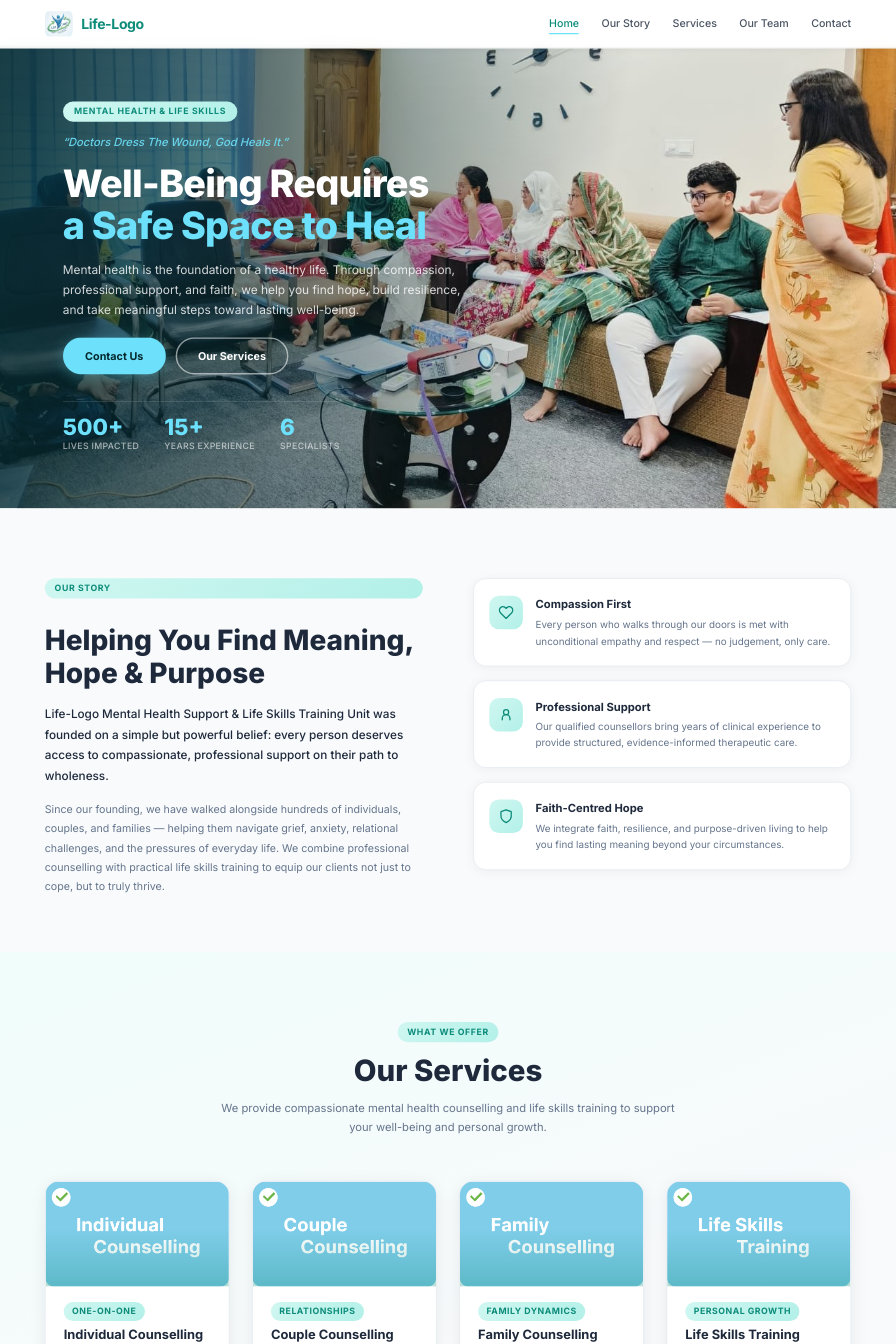
Repository: Tan47s/Lifelogo
Page: /
The author's editor kept a copy of each file at every save. The page is drawn from the files as they stood at one save, then again after the next save.
The browser window is 1280 px wide. The pictures show the part of the page from y = 0 to 1920 px (the page is 5558 px tall), at 70% of full size.
The project was rebuilt for these pictures with package versions that can differ from the ones it lists, and the page was loaded fresh each time. Also part of the build but not shown: vite.config.js.

Above is the page before, as saved 2026-08-24 11:04:55.

### index.html
<!doctype html>
<html lang="en">
  <head>
    <meta charset="UTF-8" />
    <link rel="icon" type="image/svg+xml" href="/favicon.svg" />
    <meta name="viewport" content="width=device-width, initial-scale=1.0" />
    <title>Life-Logo | Mental Health Counselling &amp; Life Skills</title>
    <meta name="description" content="Life-Logo Mental Health Support &amp; Life Skills Training Unit — professional counselling, resilience coaching, and compassionate support to help you find meaning, hope, and purpose." />
    <meta property="og:title" content="Life-Logo | Mental Health Counselling &amp; Life Skills" />
    <meta property="og:description" content="Professional counselling and life skills training to support your well-being and personal growth." />
    <meta property="og:type" content="website" />
  </head>
  <body>
    <div id="root"></div>
    <script type="module" src="/src/main.jsx"></script>
  </body>
</html>

### src/main.jsx
import { StrictMode } from 'react'
import { createRoot } from 'react-dom/client'

import { App } from './App.jsx'


createRoot(document.getElementById('root')).render(
  <StrictMode>
    <App />
  </StrictMode>,
)

### src/App.jsx
import React from 'react'
import { Header } from './comp/Header'
import { Herocon } from './comp/Herocon'
import { Contents2 } from './comp/Contents2'
import { Service2 } from './comp/Service2'
import { Counsellors } from './comp/Counsellors'
import { Contact } from './comp/Contact'
import { Footer } from './comp/Footer'

export const App = () => {
  return (
    <div>
      <Header />

      {/* Hero — id: home (owned by Herocon's <section>) */}
      <Herocon />

      {/* Our Story — id: story (owned by Contents2's <section>) */}
      <Contents2 />

      {/* Services — id: services (declared inside Service2's <section>) */}
      <Service2 />

      {/* Our Team — id: team */}
      <Counsellors />

      {/* Contact — id: contact */}
      <Contact />

      {/* Footer */}
      <Footer />
    </div>
  )
}

### src/comp/Herocon.jsx
import './herocon.css'
import Hero from '../assets/hero3.jpg'
import bg from '../assets/workshop/bg.jpeg'
const stats = [
  { value: '500+', label: 'Lives Impacted' },
  { value: '15+', label: 'Years Experience' },
  { value: '6',   label: 'Specialists' },
]

export const Herocon = () => {
  const scrollTo = (id) => {
    const el = document.getElementById(id)
    if (el) el.scrollIntoView({ behavior: 'smooth' })
  }

  return (
    <section
      id="home"
      className="hero-section"
      style={{ backgroundImage: `url(${bg})` }}
    >
      {/* layered overlay */}
      <div className="hero-overlay" />

      <div className="hero-content">
        {/* eyebrow badge */}
        <span className="hero-badge">Mental Health &amp; Life Skills</span>

        {/* quote */}
        <p className="hero-quote">
          &ldquo;Doctors Dress The Wound, God Heals It.&rdquo;
        </p>

        {/* headline */}
        <h1 className="hero-headline">
          Well-Being Requires<br />
          <span className="hero-headline-accent">a Safe Space to Heal</span>
        </h1>

        {/* sub-text */}
        <p className="hero-sub">
          Mental health is the foundation of a healthy life. Through compassion,
          professional support, and faith, we help you find hope, build
          resilience, and take meaningful steps toward lasting well-being.
        </p>

        {/* CTAs */}
        <div className="hero-ctas">
          <button
            id="hero-contact-btn"
            className="hero-btn hero-btn--primary"
            onClick={() => scrollTo('contact')}
          >
            Contact Us
          </button>
          <button
            id="hero-services-btn"
            className="hero-btn hero-btn--ghost"
            onClick={() => scrollTo('services')}
          >
            Our Services
          </button>
        </div>

        {/* Stats strip */}
        <div className="hero-stats">
          {stats.map((s, i) => (
            <div className="hero-stat" key={i}>
              <span className="hero-stat-value">{s.value}</span>
              <span className="hero-stat-label">{s.label}</span>
            </div>
          ))}
        </div>
      </div>
    </section>
  )
}

### src/comp/Service2.jsx
import React from 'react'
import ser1 from '../assets/ser1.png'
import ser2 from '../assets/ser2.png'
import ser3 from '../assets/ser3.png'
import ser4 from '../assets/ser4.png'
import './Service2.css'

const services = [
  {
    img: ser1,
    title: 'Individual Counselling',
    tag: 'One-on-One',
    desc: 'A private, confidential space where you can explore personal challenges, process emotions, and develop healthier coping strategies with the guidance of a qualified counsellor.',
  },
  {
    img: ser2,
    title: 'Couple Counselling',
    tag: 'Relationships',
    desc: 'Helping couples navigate conflict, rebuild trust, and strengthen communication so they can grow together in a healthy, supportive partnership.',
  },
  {
    img: ser3,
    title: 'Family Counselling',
    tag: 'Family Dynamics',
    desc: 'We work with families to address relational tensions, improve understanding, and foster a home environment rooted in compassion and mutual respect.',
  },
  {
    img: ser4,
    title: 'Life Skills Training',
    tag: 'Personal Growth',
    desc: 'Practical workshops and coaching sessions that equip you with tools for resilience, emotional regulation, goal-setting, and purposeful living.',
  },
]

export const Service2 = () => {
  return (
    <section id="services" className="services-section">
      {/* Section Header */}
      <div className="services-header">
        <span className="section-badge">What We Offer</span>
        <h2>Our Services</h2>
        <p className="services-subtitle">
          We provide compassionate mental health counselling and life skills
          training to support your well-being and personal growth.
        </p>
      </div>

      {/* Cards Grid */}
      <div className="services-grid">
        {services.map((s, i) => (
          <div className="service-card" key={i}>
            <div className="service-img-wrap">
              <img src={s.img} alt={s.title} className="service-img" />
              <div className="service-img-overlay" />
            </div>
            <div className="service-info">
              <span className="service-tag">{s.tag}</span>
              <h3>{s.title}</h3>
              <p>{s.desc}</p>
            </div>
          </div>
        ))}
      </div>
    </section>
  )
}

### src/comp/Footer.jsx
import React from 'react'
import './Footer.css'
import logo from '../assets/logo.png'

export const Footer = () => {
  const year = new Date().getFullYear()

  const scrollTo = (id) => {
    const el = document.getElementById(id)
    if (el) el.scrollIntoView({ behavior: 'smooth' })
  }

  return (
    <footer className="footer">
      <div className="footer-inner">

        {/* Brand Column */}
        <div className="footer-brand">
          <div className="footer-logo-row">
            <img src={logo} alt="Life-Logo" className="footer-logo" />
            <span className="footer-name">Life-Logo</span>
          </div>
          <p className="footer-tagline">
            Mental Health Support &amp; Life Skills Training Unit — helping
            people discover meaning, hope, and purpose.
          </p>
        </div>

        {/* Quick Links */}
        <div className="footer-col">
          <h4>Quick Links</h4>
          <ul>
            {[
              { label: 'Home',        id: 'home' },
              { label: 'Our Story',   id: 'story' },
              { label: 'Services',    id: 'services' },
              { label: 'Our Team',    id: 'team' },
              { label: 'Contact',     id: 'contact' },
            ].map((l) => (
              <li key={l.id}>
                <button onClick={() => scrollTo(l.id)} className="footer-link">
                  {l.label}
                </button>
              </li>
            ))}
          </ul>
        </div>

        {/* Contact Column */}
        <div className="footer-col">
          <h4>Contact</h4>
          <ul className="footer-contact-list">
            <li>
              <span className="fc-icon">📍</span>
              House-19, Road-14, Sector-13, Uttara, Dhaka-1230, Bangladesh.
            </li>
            <li>
              <span className="fc-icon">📞</span>
              <a href="tel:+8801616190907">+8801616190907</a>
            </li>
            <li>
              <span className="fc-icon">✉️</span>
              <a href="mailto:lifelogo111@gmail.com">lifelogo111@gmail.com</a>
            </li>
            <li>
              <span className="fc-icon">💬</span>
              <a href="https://wa.me/233244567890" target="_blank" rel="noopener noreferrer">
                WhatsApp Us
              </a>
            </li>
          </ul>
        </div>

      </div>

      {/* Bottom Bar */}
      <div className="footer-bottom">
        <p>&copy; {year} Life-Logo Mental Health &amp; Life Skills. All rights reserved.</p>
        <p className="footer-note">Built with compassion 💚</p>
      </div>
    </footer>
  )
}

### src/Index.css

@import url('https://fonts.googleapis.com/css2?family=Inter:wght@100..900&display=swap');

:root {
  /* Brand */
  --primary: #6de1fb;        /* Teal from header */
  --primary-light: #02ff78;


  /* Logo greens */
  --green: #22C55E;
  --green-light: #DCFCE7;

  /* Blue accent */
  --blue: #38BDF8;
  --blue-light: #E0F2FE;

  /* Backgrounds */
  --background: #F8FAFC;
  --surface: #FFFFFF;

  /* Text */
  --text: #1E293B;
  --text-muted: #64748B;

  /* Borders */
  --border: #E2E8F0;
}

* {
  margin: 0;
  padding: 0;
  box-sizing: border-box;
  font-family: "Inter", sans-serif;
}

h1{
    font-weight: 800;
}

p{
    font-weight: 400;
}

### src/comp/Contents2.css
/* ============================================================
   OUR STORY SECTION
   ============================================================ */

.story-section {
  padding: 100px 5% 80px;
  background: var(--background);   /* #F8FAFC — same as Counsellors */
}

/* ---- Two-column inner wrapper ---- */
.story-inner {
  display: grid;
  grid-template-columns: 1fr 1fr;
  gap: 72px;
  max-width: 1200px;
  margin: 0 auto;
  align-items: start;
}

/* ========== LEFT: text column ========== */
.story-text {
  display: flex;
  flex-direction: column;
  gap: 20px;
}

.story-text h2 {
  font-size: clamp(26px, 3.5vw, 40px);
  font-weight: 800;
  color: var(--text);
  line-height: 1.18;
  margin: 0;
}

.story-lead {
  font-size: 1.05rem;
  color: var(--text);
  font-weight: 500;
  line-height: 1.75;
  margin: 0;
}

.story-body {
  font-size: 0.95rem;
  color: var(--text-muted);
  line-height: 1.8;
  margin: 0;
}

/* ========== RIGHT: pillars column ========== */
.story-pillars {
  display: flex;
  flex-direction: column;
  gap: 20px;
}

/* ---- Single pillar card ---- */
.story-pillar {
  display: flex;
  align-items: flex-start;
  gap: 18px;
  background: var(--surface);
  border: 1px solid var(--border);
  border-radius: 18px;
  padding: 24px 22px;
  box-shadow: 0 2px 16px rgba(0, 0, 0, 0.05);
  transition: transform 0.25s ease, box-shadow 0.25s ease;
}

.story-pillar:hover {
  transform: translateY(-4px);
  box-shadow: 0 8px 32px rgba(109, 225, 251, 0.18);
}

/* ---- Icon bubble ---- */
.pillar-icon {
  flex-shrink: 0;
  width: 48px;
  height: 48px;
  border-radius: 14px;
  background: linear-gradient(135deg, #d0f7f1, #b2f0e8);
  display: flex;
  align-items: center;
  justify-content: center;
  color: #0d8c7a;
}

.pillar-icon svg {
  width: 22px;
  height: 22px;
}

/* ---- Pillar text ---- */
.pillar-body {
  display: flex;
  flex-direction: column;
  gap: 5px;
}

.pillar-body h4 {
  font-size: 1rem;
  font-weight: 700;
  color: var(--text);
  margin: 0;
}

.pillar-body p {
  font-size: 0.88rem;
  color: var(--text-muted);
  line-height: 1.65;
  margin: 0;
}

/* ---- Responsive ---- */
@media (max-width: 860px) {
  .story-inner {
    grid-template-columns: 1fr;
    gap: 48px;
  }
}

@media (max-width: 640px) {
  .story-section {
    padding: 70px 5% 60px;
  }
}

### src/comp/Service2.css
/* ============================================================
   SERVICES SECTION  —  mirrors Counsellors card style
   ============================================================ */

.services-section {
  padding: 100px 5% 80px;
  background: linear-gradient(160deg, #f0fdfb 0%, #f8fafc 60%);
}

/* --- Header --- */
.services-header {
  text-align: center;
  max-width: 660px;
  margin: 0 auto 64px;
}

.services-header h2 {
  font-size: clamp(28px, 4vw, 42px);
  font-weight: 800;
  color: var(--text);
  margin-bottom: 16px;
  line-height: 1.15;
}

.services-subtitle {
  font-size: 1rem;
  color: var(--text-muted);
  line-height: 1.7;
}

/* --- Grid --- */
.services-grid {
  display: grid;
  grid-template-columns: repeat(auto-fit, minmax(260px, 1fr));
  gap: 32px;
  max-width: 1200px;
  margin: 0 auto;
}

/* --- Card --- */
.service-card {
  background: var(--surface);
  border-radius: 20px;
  overflow: hidden;
  box-shadow: 0 4px 24px rgba(0, 0, 0, 0.07);
  border: 1px solid var(--border);
  transition: transform 0.3s ease, box-shadow 0.3s ease;
}

.service-card:hover {
  transform: translateY(-8px);
  box-shadow: 0 12px 40px rgba(109, 225, 251, 0.25);
}

/* --- Image wrapper --- */
.service-img-wrap {
  position: relative;
  width: 100%;
  height: 150px;
  overflow: hidden;
}

.service-img {
  width: 100%;
  height: 100%;
  object-fit: cover;
  object-position: center;
  transition: transform 0.4s ease;
}

.service-card:hover .service-img {
  transform: scale(1.05);
}

.service-img-overlay {
  position: absolute;
  inset: 0;
  background: linear-gradient(to top, rgba(13, 140, 122, 0.3) 0%, transparent 55%);
  pointer-events: none;
}

/* --- Info block --- */
.service-info {
  padding: 22px 26px 28px;
  display: flex;
  flex-direction: column;
  gap: 8px;
}

.service-tag {
  display: inline-block;
  background: linear-gradient(135deg, #d0f7f1, #b2f0e8);
  color: #0d8c7a;
  font-size: 0.78rem;
  font-weight: 700;
  letter-spacing: 0.06em;
  text-transform: uppercase;
  padding: 4px 12px;
  border-radius: 999px;
  align-self: flex-start;
}

.service-info h3 {
  font-size: 1.15rem;
  font-weight: 700;
  color: var(--text);
  margin: 0;
  line-height: 1.3;
}

.service-info p {
  font-size: 0.9rem;
  color: var(--text-muted);
  line-height: 1.75;
  margin: 0;
}

/* --- Responsive --- */
@media (max-width: 640px) {
  .services-section {
    padding: 70px 5% 60px;
  }

  .services-grid {
    grid-template-columns: 1fr;
  }
}

### src/comp/Counsellors.css
/* ============================================================
   COUNSELLORS SECTION
   ============================================================ */

.counsellors-section {
  padding: 100px 5% 80px;
  background: var(--background);
}

/* --- Header --- */
.counsellors-header {
  text-align: center;
  max-width: 660px;
  margin: 0 auto 64px;
}

.counsellors-header h2 {
  font-size: clamp(28px, 4vw, 42px);
  font-weight: 800;
  color: var(--text);
  margin-bottom: 16px;
  line-height: 1.15;
}

.counsellors-subtitle {
  font-size: 1rem;
  color: var(--text-muted);
  line-height: 1.7;
}

/* --- Badge --- */
.section-badge {
  display: inline-block;
  background: linear-gradient(135deg, #d0f7f1, #b2f0e8);
  color: #0d8c7a;
  font-size: 0.78rem;
  font-weight: 700;
  letter-spacing: 0.07em;
  text-transform: uppercase;
  padding: 5px 14px;
  border-radius: 999px;
  margin-bottom: 16px;
}

/* --- Grid --- */
.counsellors-grid {
  display: grid;
  grid-template-columns: repeat(3, 1fr);
  gap: 36px;
  max-width: 1200px;
  margin: 0 auto;
}

@media (max-width: 960px) {
  .counsellors-grid {
    grid-template-columns: repeat(2, 1fr);
  }
}

/* --- Card --- */
.counsellor-card {
  background: var(--surface);
  border-radius: 20px;
  overflow: hidden;
  box-shadow: 0 4px 24px rgba(0, 0, 0, 0.07);
  transition: transform 0.3s ease, box-shadow 0.3s ease;
  border: 1px solid var(--border);
}

.counsellor-card:hover {
  transform: translateY(-8px);
  box-shadow: 0 12px 40px rgba(109, 225, 251, 0.25);
}

/* --- Image wrapper --- */
.counsellor-img-wrap {
  position: relative;
  width: 100%;
  height: 280px;
  overflow: hidden;
}

.counsellor-img {
  width: 100%;
  height: 100%;
  object-fit: cover;
  object-position: top center;
  transition: transform 0.4s ease;
}

.counsellor-card:hover .counsellor-img {
  transform: scale(1.04);
}

.counsellor-img-overlay {
  position: absolute;
  inset: 0;
  background: linear-gradient(to top, rgba(13, 140, 122, 0.35) 0%, transparent 60%);
  pointer-events: none;
}

/* --- Info block --- */
.counsellor-info {
  padding: 24px 28px 30px;
}

.counsellor-info h3 {
  font-size: 1.2rem;
  font-weight: 700;
  color: var(--text);
  margin-bottom: 4px;
}

.counsellor-role {
  display: inline-block;
  font-size: 0.82rem;
  font-weight: 600;
  color: #0d8c7a;
  background: linear-gradient(135deg, #d0f7f1, #b2f0e8);
  padding: 3px 10px;
  border-radius: 999px;
  margin-bottom: 14px;
  letter-spacing: 0.02em;
}

.counsellor-info p {
  font-size: 0.9rem;
  color: var(--text-muted);
  line-height: 1.75;
}

/* --- Responsive --- */
@media (max-width: 640px) {
  .counsellors-section {
    padding: 70px 5% 60px;
  }

  .counsellors-grid {
    grid-template-columns: 1fr;
  }
}

### src/comp/Footer.css
/* ============================================================
   FOOTER
   ============================================================ */

.footer {
  background: linear-gradient(135deg, #0f2027, #203a43, #2c5364);
  color: rgba(255, 255, 255, 0.85);
  padding-top: 64px;
}

.footer-inner {
  max-width: 1100px;
  margin: 0 auto;
  padding: 0 5% 48px;
  display: grid;
  grid-template-columns: 1.6fr 1fr 1.2fr;
  gap: 48px;
}

/* --- Brand Column --- */
.footer-brand {}

.footer-logo-row {
  display: flex;
  align-items: center;
  gap: 12px;
  margin-bottom: 16px;
}

.footer-logo {
  width: 44px;
  height: 44px;
  object-fit: contain;
  border-radius: 10px;
  background: white;
  padding: 3px;
}

.footer-name {
  font-size: 1.3rem;
  font-weight: 800;
  color: var(--primary);
  letter-spacing: -0.02em;
}

.footer-tagline {
  font-size: 0.9rem;
  line-height: 1.7;
  color: rgba(255, 255, 255, 0.6);
  max-width: 300px;
}

/* --- Columns --- */
.footer-col h4 {
  font-size: 0.8rem;
  font-weight: 700;
  letter-spacing: 0.1em;
  text-transform: uppercase;
  color: var(--primary);
  margin-bottom: 18px;
}

.footer-col ul {
  list-style: none;
  padding: 0;
  margin: 0;
  display: flex;
  flex-direction: column;
  gap: 10px;
}

/* Quick links */
.footer-link {
  background: none;
  border: none;
  padding: 0;
  cursor: pointer;
  font-size: 0.9rem;
  color: rgba(255, 255, 255, 0.7);
  text-align: left;
  transition: color 0.2s ease;
  font-family: inherit;
}

.footer-link:hover {
  color: var(--primary);
}

/* Contact list */
.footer-contact-list li {
  display: flex;
  align-items: flex-start;
  gap: 10px;
  font-size: 0.88rem;
  color: rgba(255, 255, 255, 0.7);
  line-height: 1.55;
}

.footer-contact-list a {
  color: rgba(255, 255, 255, 0.7);
  text-decoration: none;
  transition: color 0.2s ease;
}

.footer-contact-list a:hover {
  color: var(--primary);
}

.fc-icon {
  flex-shrink: 0;
  font-size: 1rem;
  margin-top: 1px;
}

/* --- Bottom Bar --- */
.footer-bottom {
  border-top: 1px solid rgba(255, 255, 255, 0.1);
  padding: 20px 5%;
  display: flex;
  align-items: center;
  justify-content: space-between;
  max-width: 100%;
}

.footer-bottom p {
  font-size: 0.82rem;
  color: rgba(255, 255, 255, 0.45);
  margin: 0;
}

.footer-note {
  font-size: 0.82rem;
  color: rgba(255, 255, 255, 0.45);
}

/* --- Responsive --- */
@media (max-width: 860px) {
  .footer-inner {
    grid-template-columns: 1fr 1fr;
  }
  .footer-brand {
    grid-column: span 2;
  }
}

@media (max-width: 540px) {
  .footer-inner {
    grid-template-columns: 1fr;
  }
  .footer-brand {
    grid-column: span 1;
  }
  .footer-bottom {
    flex-direction: column;
    gap: 6px;
    text-align: center;
  }
}

Loaded but not shown: src/comp/Contact.jsx (114 lines, source omitted); src/comp/Counsellors.jsx (101 lines, source omitted); src/App.css (221 lines, source omitted); src/comp/herocon.css (189 lines, source omitted); src/comp/Contact.css (202 lines, source omitted); src/comp/Header.jsx (102 lines, source omitted); src/comp/Contents2.jsx (74 lines, source omitted)

After the next save:
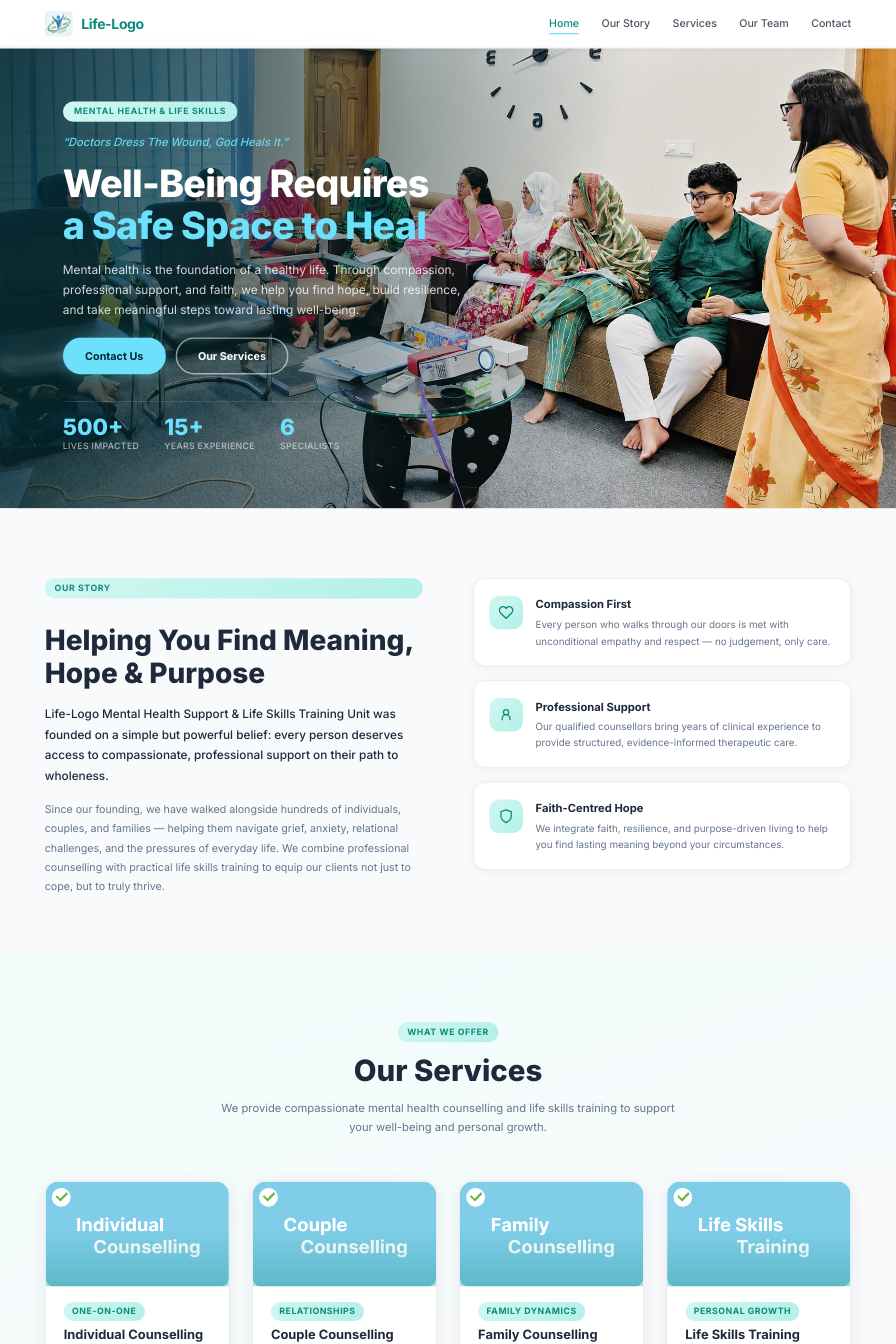
Saved 4 min 24 s later.
--- a/src/comp/Herocon.jsx
+++ b/src/comp/Herocon.jsx
@@ -1,6 +1,6 @@
 import './herocon.css'
 import Hero from '../assets/hero3.jpg'
-import bg from '../assets/workshop/bg.jpeg'
+import bg from '../assets/workshop/bg.png'
 const stats = [
   { value: '500+', label: 'Lives Impacted' },
   { value: '15+', label: 'Years Experience' },
